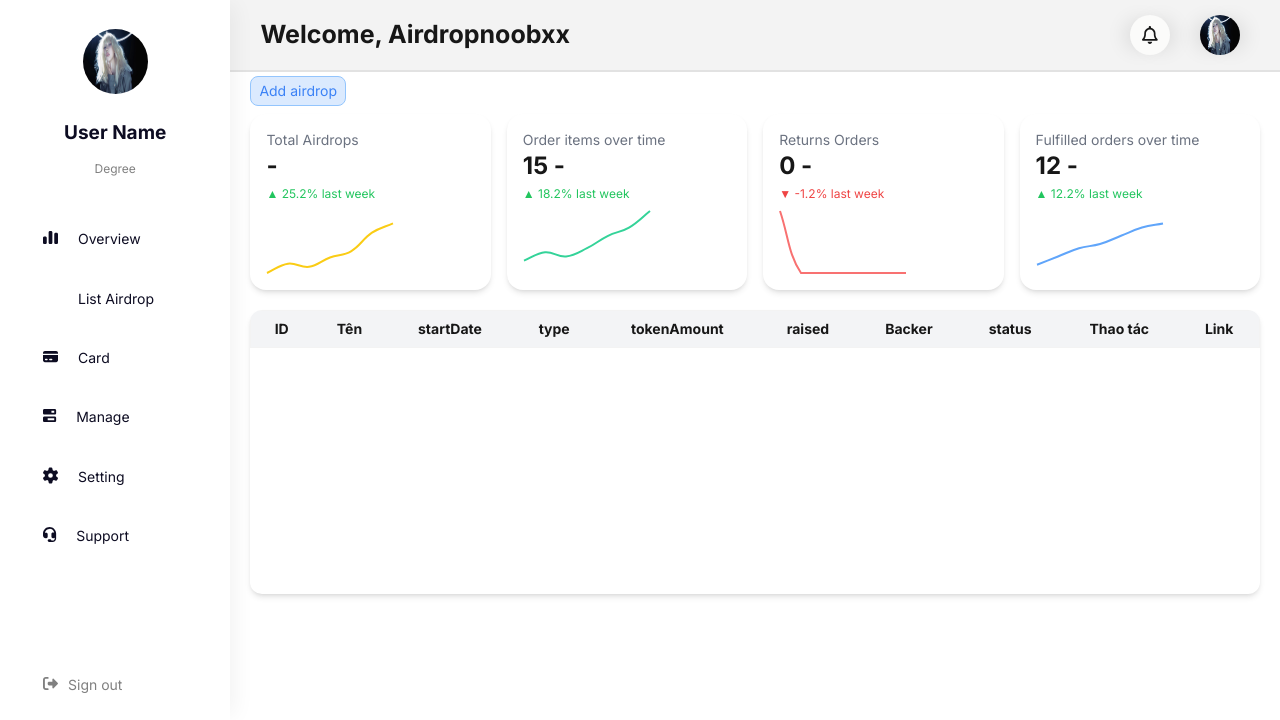
Repository: conGaStuer/airdropmamager
Page: /airdrops
An editor plug-in stored every save of this project. The page is shown before and after the next save, followed by the edit.
The browser window is 1280 px wide. The pictures show the whole page.
The page's requests for data from a server got no answer. The project was rebuilt for these pictures with package versions that can differ from the ones it lists, and the page was loaded fresh each time. The framework's server and built-in components were replaced by stand-ins that run in the browser. No one was signed in, and anything a server would have sent is missing. Also part of the build but not shown: next.config.ts.

Above is the page before, as saved 2025-05-28 19:34:07.

After the next save:
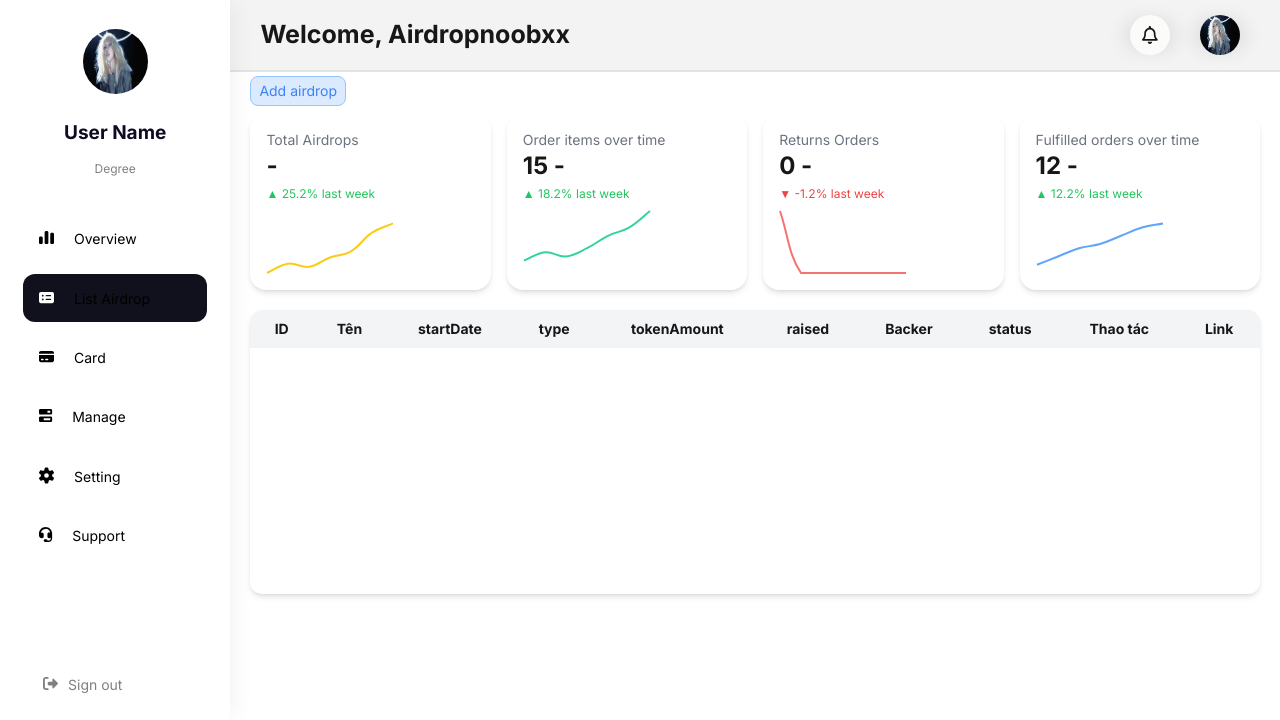
Saved 50 s later.
--- a/src/styles/sideBar.scss
+++ b/src/styles/sideBar.scss
@@ -81,9 +81,26 @@
       padding: 20px;
       color: #0d0c22;
     }
-    .menu-element1 {
-      background-color: #0d0c22;
-      color: white;
+    .menu-element {
+      padding: 12px 16px;
+      border-radius: 12px;
+      display: flex;
+      align-items: center;
+      gap: 10px;
+      transition: 0.3s ease;
+      color: #000;
+
+      &:hover {
+        background-color: #f0f0f0;
+      }
+    }
+
+    .menu-element.active {
+      background-color: #11101d;
+
+      .icon {
+        color: #fff;
+      }
     }
   }
   .side-logout {
@@ -98,24 +115,3 @@
     }
   }
 }
-.menu-element {
-  padding: 12px 16px;
-  border-radius: 12px;
-  display: flex;
-  align-items: center;
-  gap: 10px;
-  transition: 0.3s ease;
-  color: #000;
-
-  &:hover {
-    background-color: #f0f0f0;
-  }
-}
-
-.menu-element.active {
-  background-color: #11101d;
-
-  .icon {
-    color: #fff;
-  }
-}
